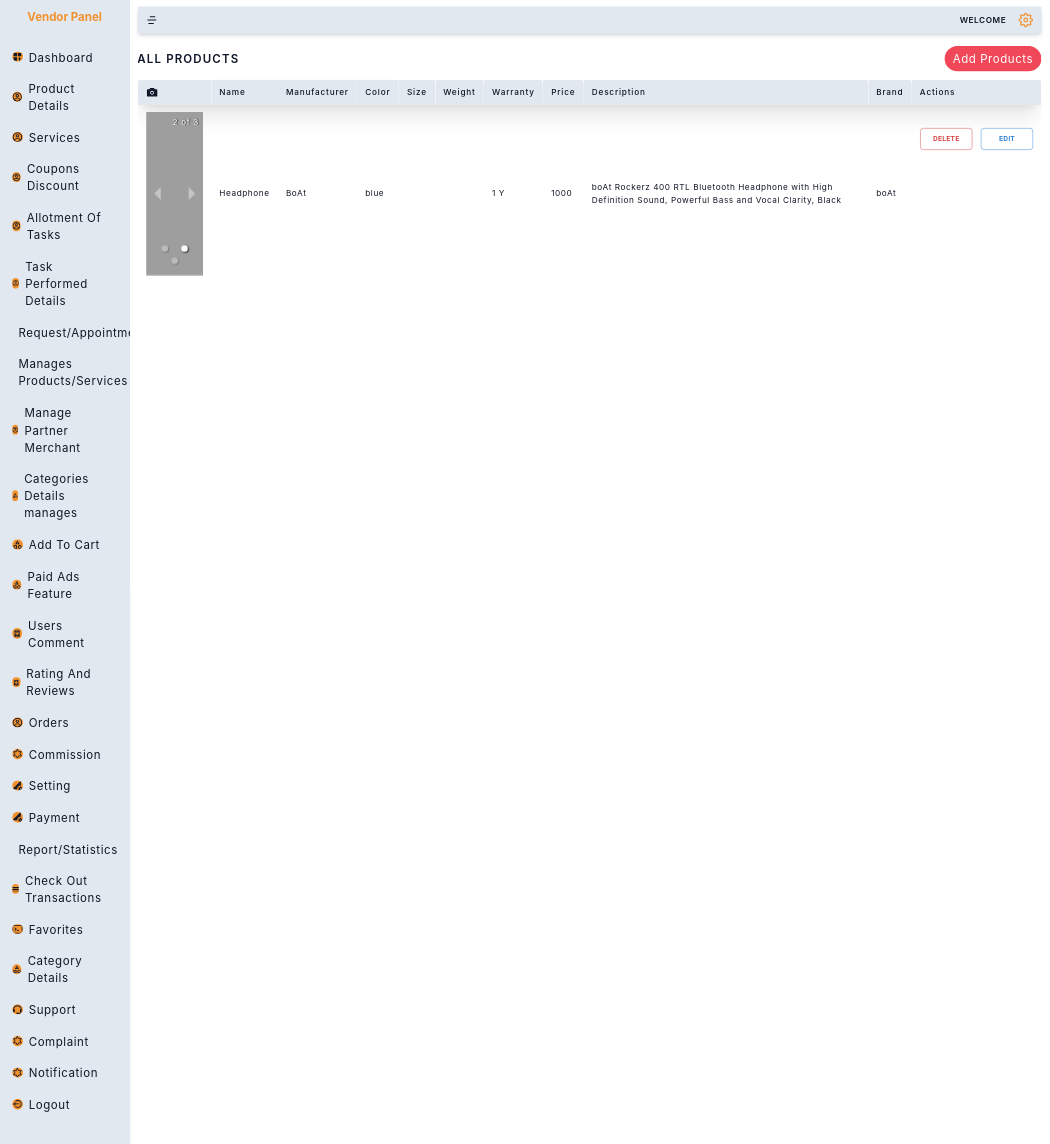
Repository: rohit0915/Mr-Arun-Chauhan-Admin-Panel
Page: /vendorProducts
The author's editor kept a copy of each file at every save. The page is drawn from the files as they stood at one save, then again after the next save.
The browser window is 1280 px wide. The pictures show the whole page, at 82% of full size.
Pictures or frames that could not be fetched are drawn as grey boxes. The page's requests for data from a server got no answer. The project was rebuilt for these pictures with package versions that can differ from the ones it lists, and the page was loaded fresh each time. No one was signed in, and anything a server would have sent is missing. Also part of the build but not shown: src/components/forms/Login.jsx, src/components/layout/Navbar.jsx, src/components/layout/Sidebar.jsx, src/components/layout/HOC.jsx, src/components/pages/Dashboard.jsx, src/components/pages/products/Products.jsx, src/components/pages/categories/Categories.jsx, src/components/pages/subcategories/SubCategories.jsx and 81 more.

Above is the page before, as saved 2022-11-24 15:38:23.

After the next save:
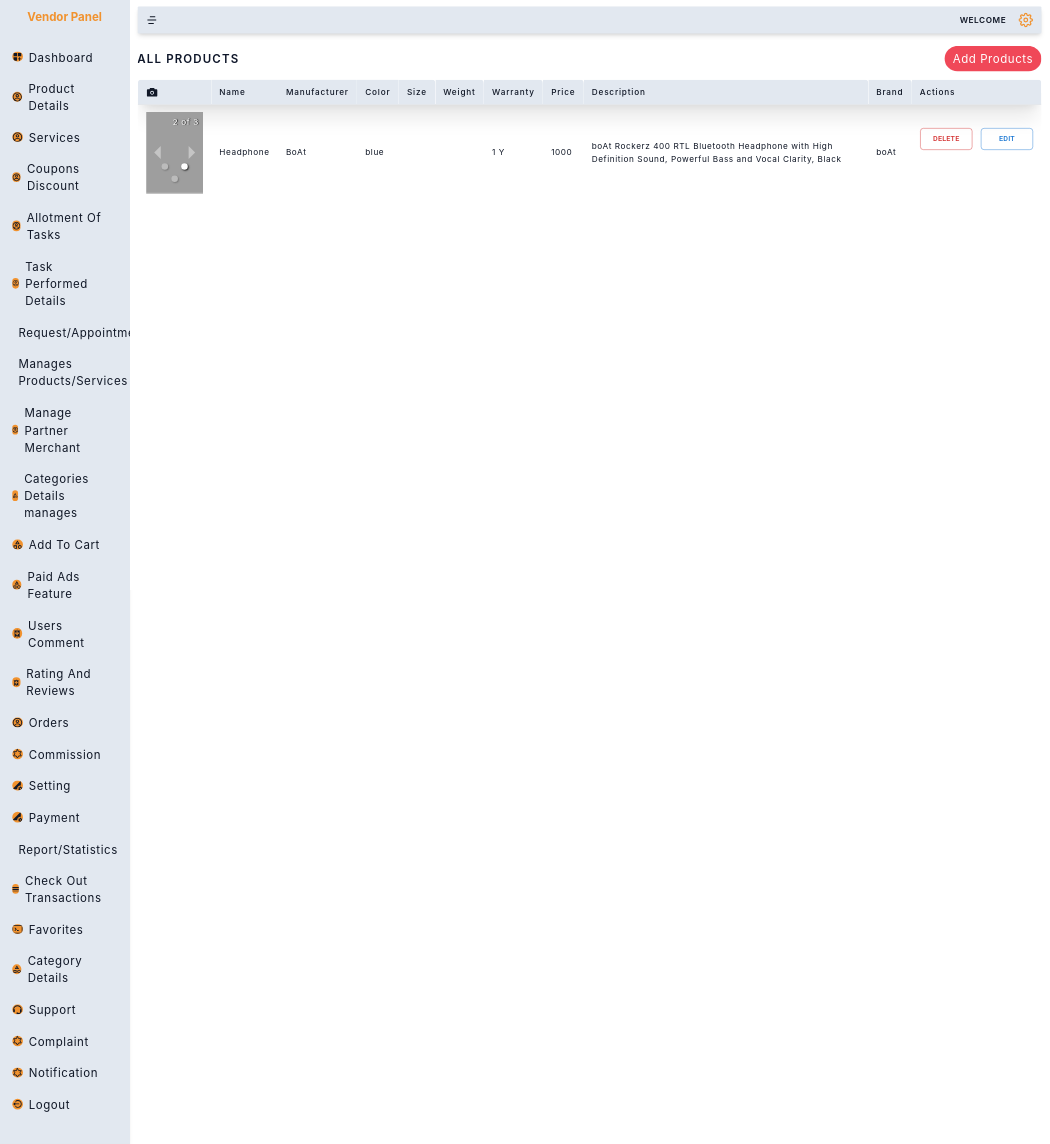
Saved 8 s later.
--- a/src/vendorPanel/components/pages/products/VendorProducts.jsx
+++ b/src/vendorPanel/components/pages/products/VendorProducts.jsx
@@ -538,7 +538,7 @@ const VendorProducts = () => {
                           <img
                             alt="Product"
                             src={g.img}
-                            style={{ width: "500px", height: "200px" }}
+                            style={{ width: "500px", height: "100px" }}
                           />
                         </div>
                       ))}
